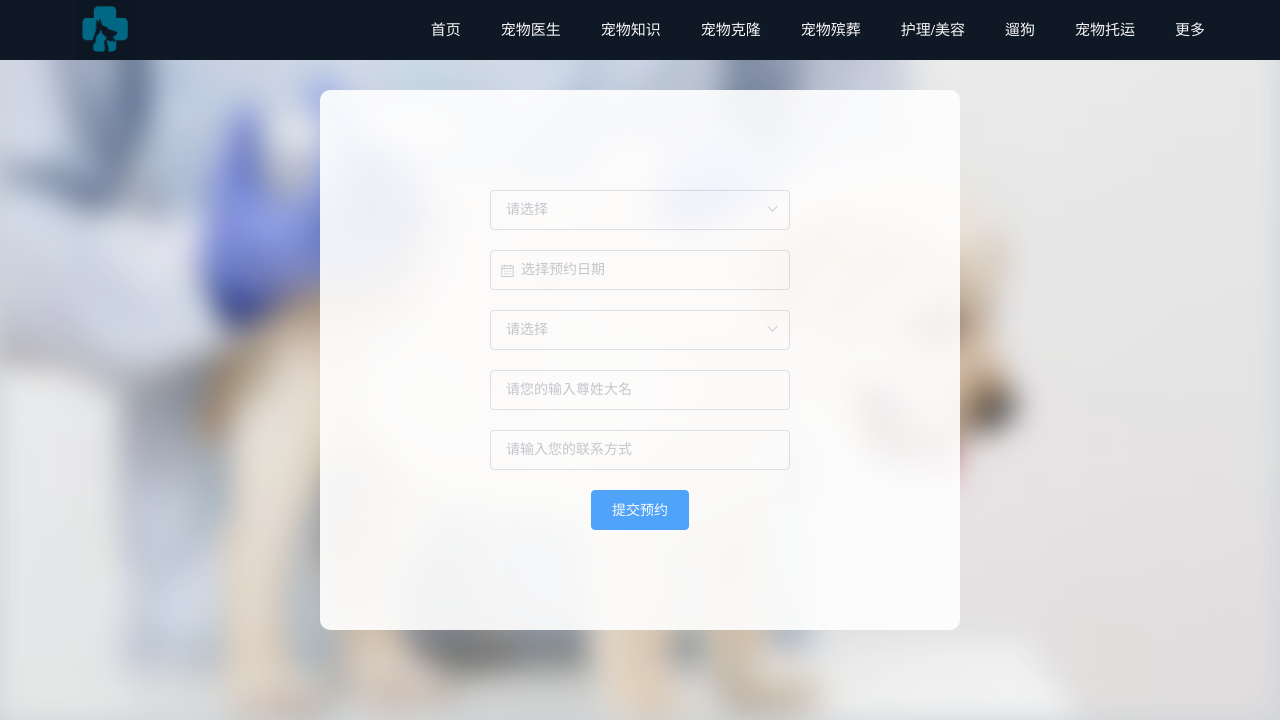
Repository: Sharang-heng/pet-hospital
Page: /orderDoctor
The author's editor kept a copy of each file at every save. The page is drawn from the files as they stood at one save, then again after the next save.
The browser window is 1280 px wide. The pictures show the whole page.
The project was rebuilt for these pictures with package versions that can differ from the ones it lists, and the page was loaded fresh each time. Also part of the build but not shown: vue.config.js, src/components/home_short.vue, src/views/HomePage.vue, src/components/footer.vue, src/views/counsel.vue, src/views/doctor.vue, src/views/knowledge.vue, src/views/clone.vue and 11 more. Imported but missing from the stored project, and not drawn on this page: src/assets/video/homepage.mp4.

Above is the page before, as saved 2021-01-13 14:58:39.

After the next save:
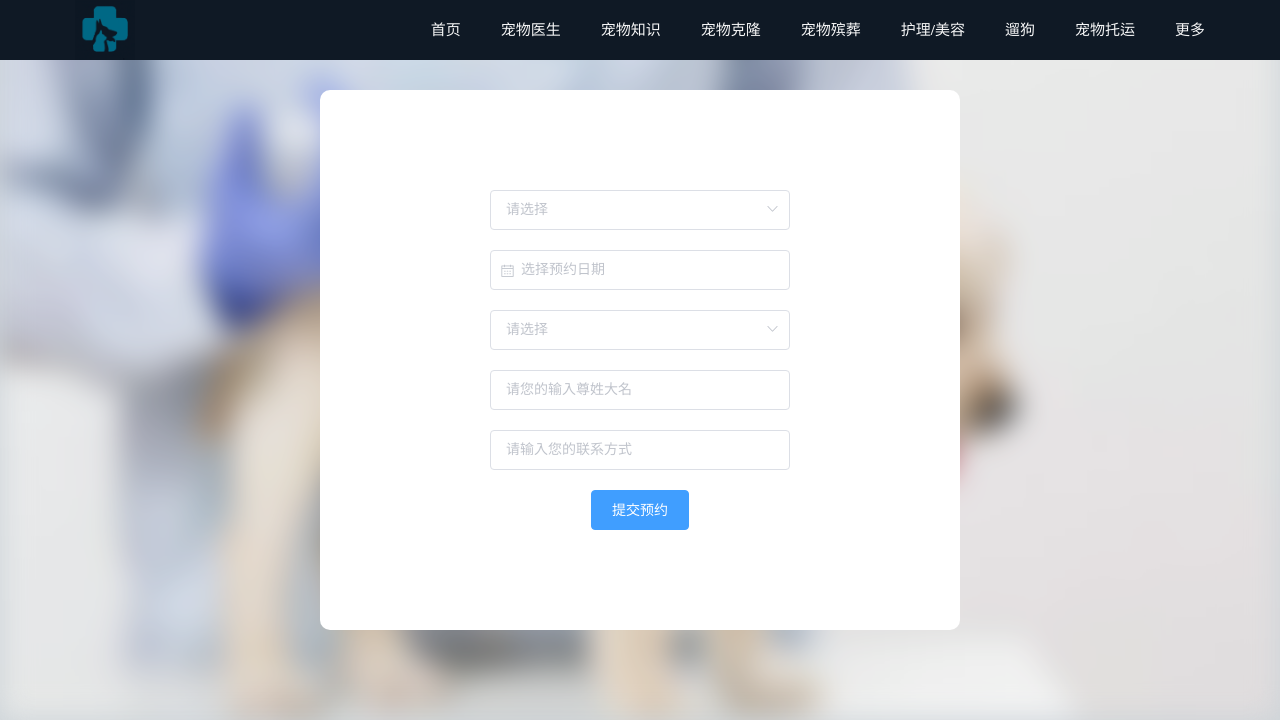
Saved 24 s later.
--- a/src/views/orderDoctor.vue
+++ b/src/views/orderDoctor.vue
@@ -192,7 +192,7 @@
   height: 75%;
   background-color: #fff;
   border-radius: 10px;
-  opacity: 0.9;
+  // opacity: 0.9;
   display: flex;
   justify-content: center;
   align-items: center;
